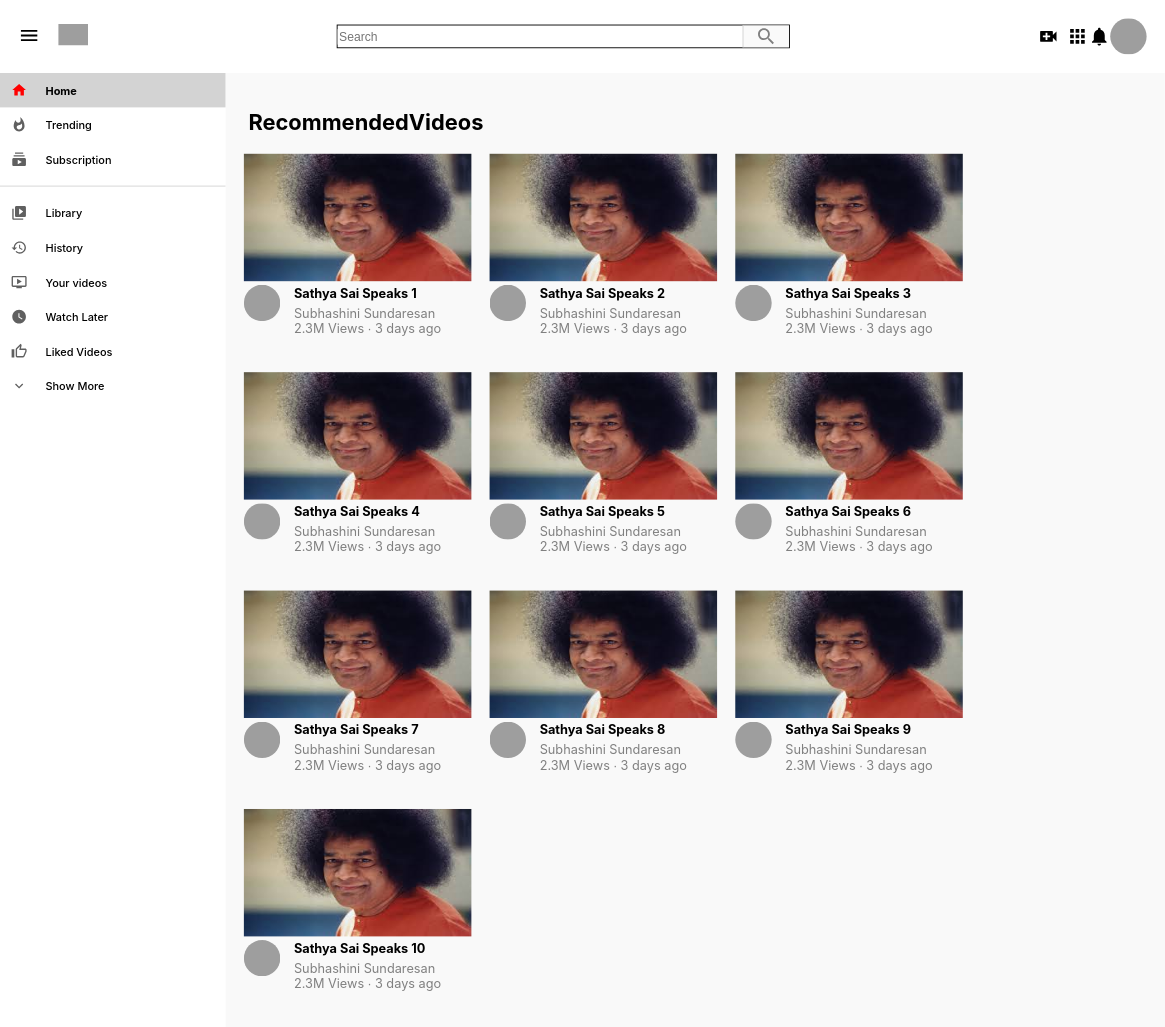
Repository: SubhashiniSundaresan/youtube-clone
Page: /
The author's editor kept a copy of each file at every save. The page is drawn from the files as they stood at one save, then again after a run of saves.
The browser window is 1280 px wide. The pictures show the whole page, at 91% of full size.
Pictures or frames that could not be fetched are drawn as grey boxes. The project was rebuilt for these pictures with package versions that can differ from the ones it lists, and the page was loaded fresh each time.

Above is the page before, as saved 2020-12-25 21:14:06.

### src/App.js
import "./App.css";
import Header from "./Header";
import RecommendedVideos from "./RecommendedVideos";
import Sidebar from "./Sidebar";
import { BrowserRouter as Router, Switch, Route } from "react-router-dom";

function App() {
  return (
    <div className='app'>
      <Router>
        <Header />
        <Switch>
          <Route path='/search/:searchText'>
            <h1>Search</h1>
          </Route>
          <Route path='/'>
            <div className='app__page'>
              <Sidebar />
              <RecommendedVideos />
            </div>
          </Route>
        </Switch>
      </Router>
    </div>
  );
}

export default App;

### src/App.css
.app__page {
    display: flex;

}

### src/Header.js
import React, { useState } from "react";
import MenuIcon from "@material-ui/icons/Menu";
import { Apps, Notifications, Search, VideoCall } from "@material-ui/icons";
import { Avatar } from "@material-ui/core";
import "./Header.css";
function Header() {
  const [inputSearch, setInputSearch] = useState("");
  return (
    <div className='header'>
      <div className='header__left'>
        <MenuIcon />
        <img
          className='header__logo'
          src='https://upload.wikimedia.org/wikipedia/commons/thumb/a/af/Youtube.png/320px-Youtube.png'
          alt=''></img>
      </div>

      <div className='header__input'>
        <input
          onChange={(e) => setInputSearch(e.target.value)}
          value={inputSearch}
          placeholder='Search'
          type='text'></input>
        <Search className='header__inputButton' />
      </div>
      <div className='header__icons'>
        <VideoCall className='header__icon' />
        <Apps />
        <Notifications />
        <Avatar
          alt='subhashini'
          src='https://yt3.ggpht.com/yti/ANoDKi4bv7sfd1_sBv-rZAj3JLY49-VUpVyAS2WmagLTqA=s108-c-k-c0x00ffffff-no-rj'
        />
      </div>
    </div>
  );
}

export default Header;

### src/Sidebar.js
import {
  ExpandMoreOutlined,
  History,
  Home,
  OndemandVideo,
  Subscriptions,
  ThumbUpAltOutlined,
  VideoLibrary,
  WatchLater,
  Whatshot,
} from "@material-ui/icons";
import React from "react";
import "./Sidebar.css";
import SidebarRow from "./SidebarRow";

function Sidebar() {
  var sidebarLinks = [
    { icon: VideoLibrary, title: "Library" },
    { icon: History, title: "History" },
    { icon: OndemandVideo, title: "Your videos" },
    { icon: WatchLater, title: "Watch Later" },
    { icon: ThumbUpAltOutlined, title: "Liked Videos" },
    { icon: ExpandMoreOutlined, title: "Show More" },
  ];
  const listItems = sidebarLinks.map((link) => (
    <SidebarRow Icon={link.icon} title={link.title} />
  ));
  return (
    <div className='sidebar'>
      <SidebarRow selected Icon={Home} title='Home' />
      <SidebarRow Icon={Whatshot} title='Trending' />
      <SidebarRow Icon={Subscriptions} title='Subscription' />
      <hr />
      {listItems}
    </div>
  );
}

export default Sidebar;

### src/Header.css
.header {
    display: flex;
align-items: center;
justify-content: space-between;
padding: 20px;
position: sticky;
top: 0;
z-index:100;
background-color: white;
}

.header__logo {
    height: 25px;
    object-fit: contain;
    margin-left: 20px;

}

.header__icons {
    display: flex;
align-items: center;


}

.header__input {
    display: flex;
align-items: center;
border: 1px solid black;
width: 40%;
}


.header__inputButton {
    width: 50px !important;
    background-color: #fafafa;
    border-left: 1px solid lightgray;
    color: gray;
}

.header__input > input {
    flex:1;
    border: none;
}

.header__icon {
    margin-right: 8px;
}

### src/RecommendedVideos.css
.recommendedVideos {
    flex: 0.8;
    background-color: #f9f9f9;
    padding: 40px 20px;
    padding-bottom: 0;
}

.recommendedVideos > h2 {
    margin-left: 5px;
    margin-bottom: 20px;
}


.recommendedVideos__videos {
display: flex;
flex-flow: row wrap;
}

### src/VideoCard.js
import { Avatar } from "@material-ui/core";
import React from "react";
import "./VideoCard.css";
function VideoCard({ image, title, channel, views, timestamp, channelImage }) {
  return (
    <div className='videoCard'>
      <img className='videoCard__thumbnail' src={image} alt=''></img>
      <div className='videoCard__info'>
        <Avatar
          className='videoCard__avatar'
          alt={channel}
          src={channelImage}></Avatar>
        <div className='videoCard__text'>
          <h4>{title}</h4>
          <p>{channel}</p>
          <p>
            {views} &#8729; {timestamp}
          </p>
        </div>
      </div>
    </div>
  );
}

export default VideoCard;

### src/Sidebar.css
.sidebar {
    flex: 0.2;
}

.sidebar > hr {
    height: 1px;
    border: 0;
    background-color: lightgray;
    margin-top: 10px;
    margin-top: 10px;
    margin-bottom: 10px;
}

### src/SidebarRow.js
import React from "react";
import "./SideBarRow.css";
function SidebarRow({ selected, Icon, title }) {
  return (
    <div className={`sidebarRow ${selected && "selected"}`}>
      <Icon className='sidebarRow__icon' />
      <h2 className='sidebarRow__title'>{title}</h2>
    </div>
  );
}

export default SidebarRow;

### src/VideoCard.css
.videoCard {
    margin-bottom: 40px;
    width: 270px;
}

.videoCard__thumbnail {
    height: 140px;
    width: 250px;
}

.videoCard__info {
    display: flex;
}

.videoCard__text {
    margin-left: 15px;
}

.videoCard__text > h4 {
    font-size: 14px;
    margin-bottom: 5px;
}

.videoCard__text> p {
    font-size: 14px;
    color: gray;
}

.videoCard__avatar>p {
    height: 30px !important;
    width: 30px !important;

}

### src/SideBarRow.css
.sidebarRow {
    display: flex;
    align-items: center;
    padding: 10px 12px;
}

.sidebarRow__icon {
color: #606060;
font-size: large !important;

}

.sidebarRow__title {
    flex: 1;
    margin-left: 20px;
    font-size: 12px;
    font-weight: 500;
}

.sidebarRow:hover {
background-color: lightgray;
cursor: pointer;
}

.sidebarRow:hover > .sidebarRow__icon{
    color: red;
    }

    .sidebarRow:hover > .sidebarRow__title{
        font-weight: bold;

        }

        .sidebarRow.selected >.sidebarRow__icon {
            color: red;
        }

         .sidebarRow.selected >.sidebarRow__title {
             font-weight: bold;

         }

                  .sidebarRow.selected {
                      background-color: lightgray;

                  }

Loaded but not shown: public/index.html (common file); src/index.js (common file); src/index.css (common file); src/reportWebVitals.js (common file); src/RecommendedVideos.js (library)

After the next 3 saves:
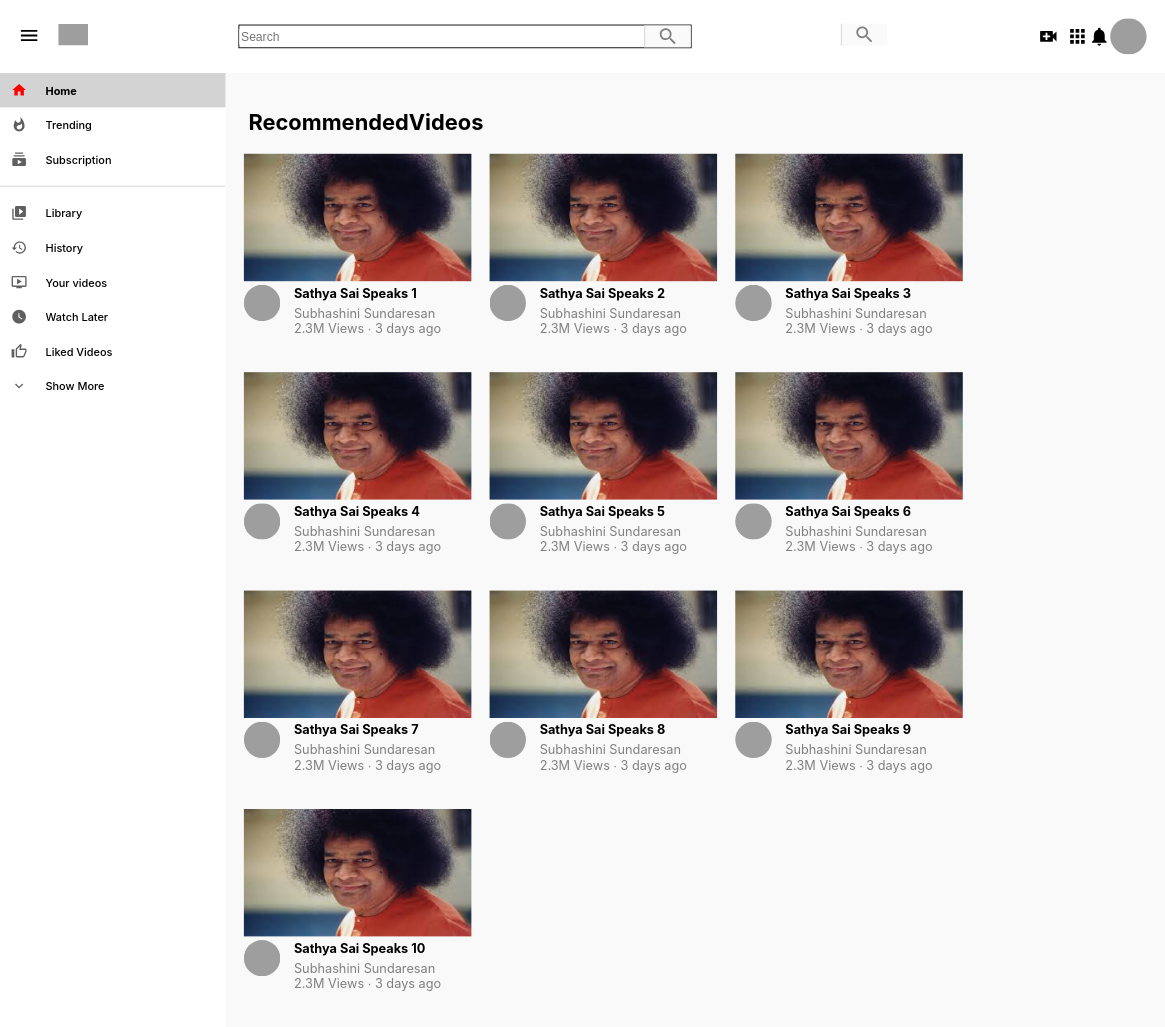
The 3 saves are shown as one change because 2 did not build or start.
The last was saved 5 min 7 s later.
--- a/src/Header.js
+++ b/src/Header.js
@@ -2,6 +2,7 @@
 import MenuIcon from "@material-ui/icons/Menu";
 import { Apps, Notifications, Search, VideoCall } from "@material-ui/icons";
 import { Avatar } from "@material-ui/core";
+import { Link } from "react-router-dom";
 import "./Header.css";
 function Header() {
   const [inputSearch, setInputSearch] = useState("");
@@ -23,6 +24,9 @@
           type='text'></input>
         <Search className='header__inputButton' />
       </div>
+      <Link to={`/search/${inputSearch}`}>
+        <Search className='header__inputButton' />
+      </Link>
       <div className='header__icons'>
         <VideoCall className='header__icon' />
         <Apps />
